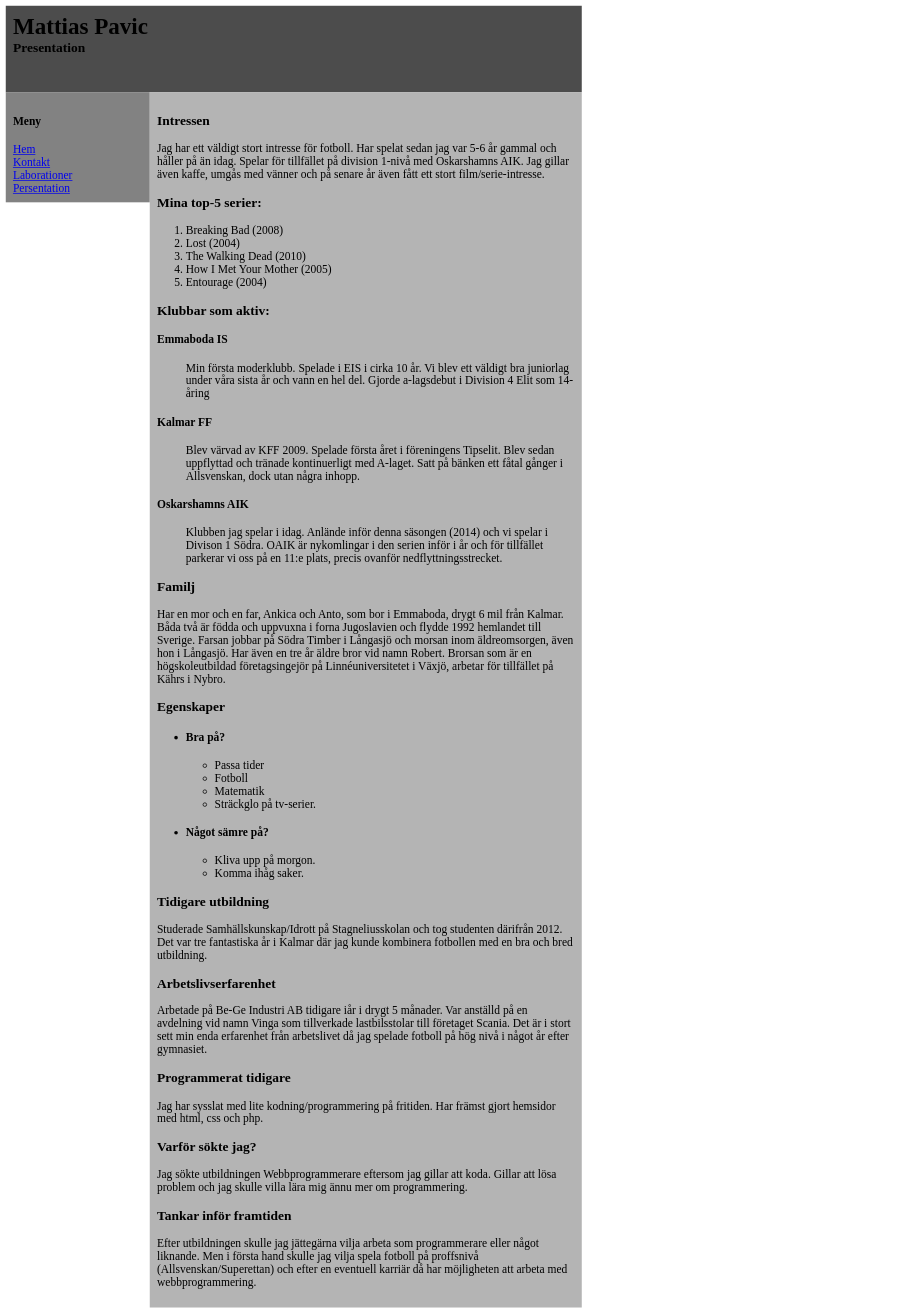
Repository: mp222sf/1ik415-laborationer
Page: pages/presentation.html
The author's editor kept a record of every edit. The page is drawn from the files as they stood at one moment, then again after the next edit.
The browser window is 1280 px wide. The pictures show the whole page, at 72% of full size.

Above is the page before.

### pages/presentation.html
<!doctype html>
<html lang="sv">
    <head>
        <meta charset="utf-8" />
        <title>Mattias Pavic</title>
    </head>
    <body>

        <div id="container" style="width:800px">
            <div id="header" style="padding: 10px;background-color:#4C4C4C;height: 100px;">
                <h1 style="margin: 0;">Mattias Pavic</h1>
                <h3 style="margin: 0;">Presentation</h3>
            </div>
            <div id="menu" style="padding: 10px;background-color:#828282;width:180px;float:left;">
                <h4>Meny</h4>
                <a href="../index.html">Hem</a><br>
                <a href="kontakt.html">Kontakt</a><br>
                <a href="laborationer.html">Laborationer</a><br>
                <a href="presentation.html">Persentation</a><br>
            </div>

            <div id="content" style="padding: 10px;background-color:#B4B4B4;width:580px;float:left;">
                <!--Här skriver vi infomationen om mina intressen.-->
                <h3>Intressen</h3>
                <p> Jag har ett väldigt stort intresse för fotboll. Har spelat sedan jag var 5-6 år gammal och håller på än idag.
                    Spelar för tillfället på division 1-nivå med Oskarshamns AIK.
                    Jag gillar även kaffe, umgås med vänner och på senare år även fått ett stort film/serie-intresse.</p>

                <h3>Mina top-5 serier:</h3>
                <ol>
                    <li>Breaking Bad (2008)</li>
                    <li>Lost (2004)</li>
                    <li>The Walking Dead (2010)</li>
                    <li>How I Met Your Mother (2005)</li>
                    <li>Entourage (2004)</li>
                </ol>

                <h3>Klubbar som aktiv:</h3>
                <dl>
                    <dt><h4>Emmaboda IS</h4></dt>
                        <dd>Min första moderklubb. Spelade i EIS i cirka 10 år. Vi blev ett väldigt bra juniorlag under våra sista år och vann en hel del. Gjorde a-lagsdebut i Division 4 Elit som 14-åring</dd>
                    <dt><h4>Kalmar FF</h4></dt>
                        <dd>Blev värvad av KFF 2009. Spelade första året i föreningens Tipselit. Blev sedan uppflyttad och tränade kontinuerligt med A-laget. Satt på bänken ett fåtal gånger i Allsvenskan, dock utan några inhopp.</dd>
                    <dt><h4>Oskarshamns AIK</h4></dt>
                        <dd>Klubben jag spelar i idag. Anlände inför denna säsongen (2014) och vi spelar i Divison 1 Södra. OAIK är nykomlingar i den serien inför i år och för tillfället parkerar vi oss på en 11:e plats, precis ovanför nedflyttningsstrecket.</dd>
                </dl>

                <h3>Familj</h3>
                <p> Har en mor och en far, Ankica och Anto, som bor i Emmaboda, drygt 6 mil från Kalmar.
                    Båda två är födda och uppvuxna i forna Jugoslavien och flydde 1992 hemlandet till Sverige.
                    Farsan jobbar på Södra Timber i Långasjö och morsan inom äldreomsorgen, även hon i Långasjö.
                    Har även en tre år äldre bror vid namn Robert.
                    Brorsan som är en högskoleutbildad företagsingejör på Linnéuniversitetet i Växjö, arbetar för tillfället på Kährs i Nybro.</p>

                <!--Listan ger Error i Validator. Förstår ej?!.-->
                <h3>Egenskaper</h3>
                <ul>
                    <li><h4>Bra på?</h4>
                        <ul>
                            <li>Passa tider</li>
                            <li>Fotboll</li>
                            <li>Matematik</li>
                            <li>Sträckglo på tv-serier.</li>
                        </ul>
                    </li>
                   <li><h4>Något sämre på?</h4>
                        <ul>
                            <li>Kliva upp på morgon.</li>
                            <li>Komma ihåg saker.</li>
                        </ul>
                    </li>
                </ul>

                <h3>Tidigare utbildning</h3>
                <p> Studerade Samhällskunskap/Idrott på Stagneliusskolan och tog studenten därifrån 2012. Det var tre fantastiska år i Kalmar där jag kunde kombinera fotbollen med en bra och bred utbildning.</p>

                <h3>Arbetslivserfarenhet</h3>
                <p> Arbetade på Be-Ge Industri AB tidigare iår i drygt 5 månader.
                    Var anställd på en avdelning vid namn Vinga som tillverkade lastbilsstolar till företaget Scania.
                    Det är i stort sett min enda erfarenhet från arbetslivet då jag spelade fotboll på hög nivå i något år efter gymnasiet.</p>

                <h3>Programmerat tidigare</h3>
                <p> Jag har sysslat med lite kodning/programmering på fritiden.
                    Har främst gjort hemsidor med html, css och php.</p>

                <h3>Varför sökte jag?</h3>
                <p> Jag sökte utbildningen Webbprogrammerare eftersom jag gillar att koda.
                    Gillar att lösa problem och jag skulle villa lära mig ännu mer om programmering.</p>

                <h3>Tankar inför framtiden</h3>
                <p> Efter utbildningen skulle jag jättegärna vilja arbeta som programmerare eller något liknande.
                    Men i första hand skulle jag vilja spela fotboll på proffsnivå (Allsvenskan/Superettan) och efter en eventuell karriär då har möjligheten att arbeta med webbprogrammering.</p>

            </div>
        </div>



    </body>
</html>

After the next edit:
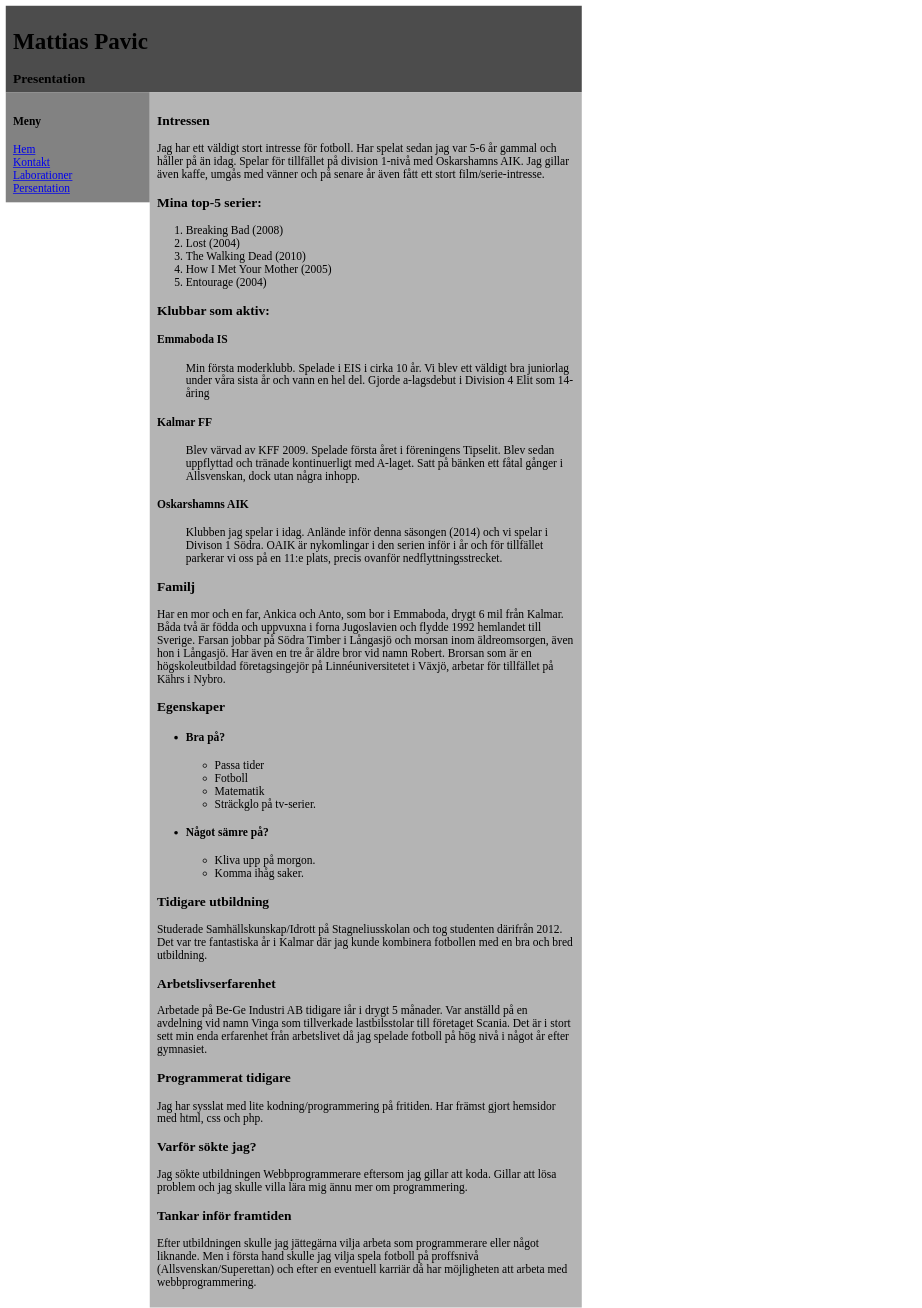
The edit:
--- a/pages/presentation.html
+++ b/pages/presentation.html
@@ -8,8 +8,8 @@
 
         <div id="container" style="width:800px">
             <div id="header" style="padding: 10px;background-color:#4C4C4C;height: 100px;">
-                <h1 style="margin: 0;">Mattias Pavic</h1>
-                <h3 style="margin: 0;">Presentation</h3>
+                <h1>Mattias Pavic</h1>
+                <h3>Presentation</h3>
             </div>
             <div id="menu" style="padding: 10px;background-color:#828282;width:180px;float:left;">
                 <h4>Meny</h4>
